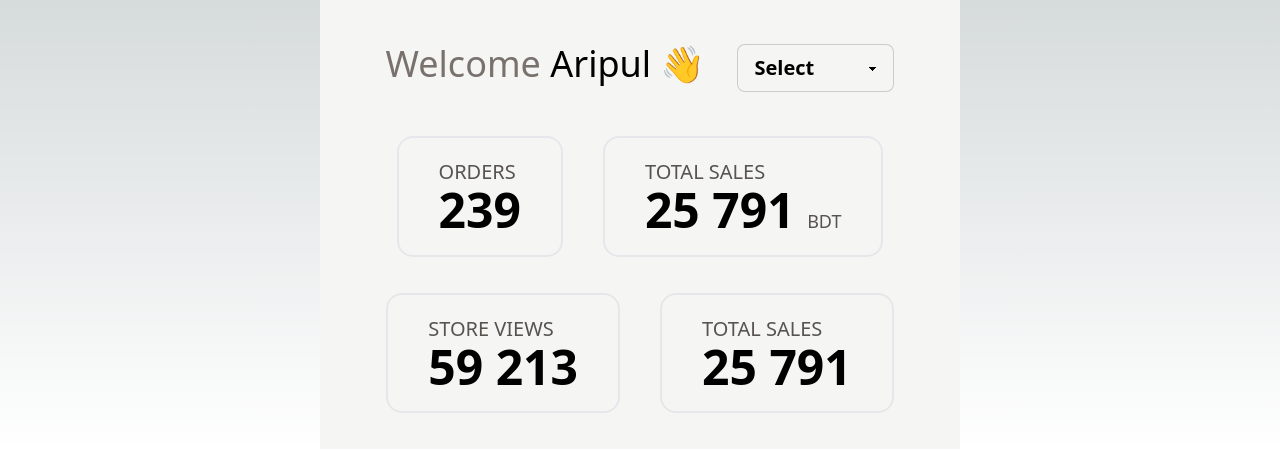
Repository: mehedi9465/nextapp
Page: /Dashboard
The author's editor kept a copy of each file at every save. The page is drawn from the files as they stood at one save, then again after the next save.
The browser window is 1280 px wide. The pictures show the whole page.
The project was rebuilt for these pictures with package versions that can differ from the ones it lists, and the page was loaded fresh each time. The framework's server and built-in components were replaced by stand-ins that run in the browser. Also part of the build but not shown: next.config.js, Components/Navbar.js.

Above is the page before, as saved 2023-03-04 15:51:13.

After the next save:
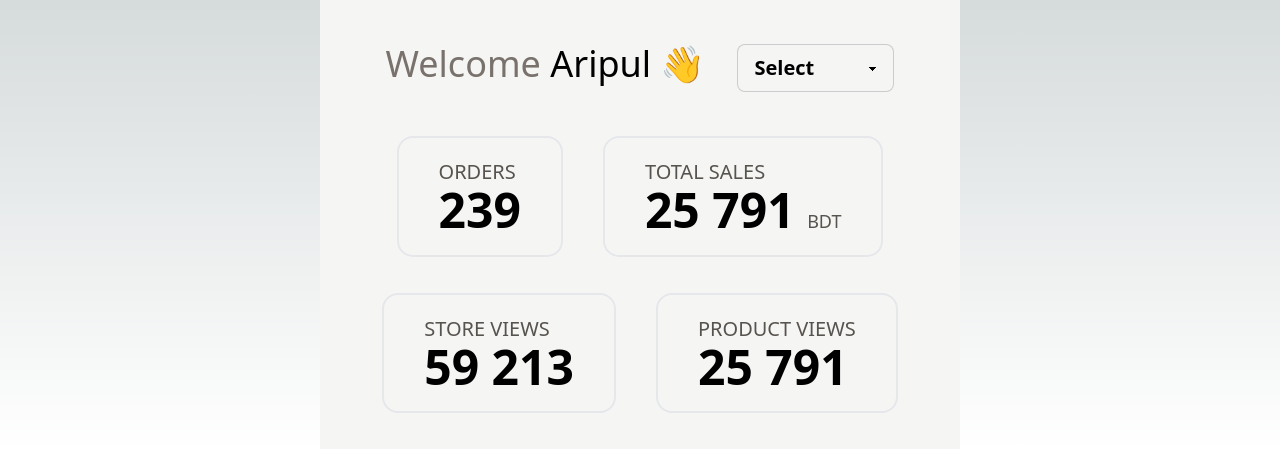
Saved 13 s later.
--- a/pages/Dashboard/index.js
+++ b/pages/Dashboard/index.js
@@ -46,7 +46,7 @@ const index = () => {
           </div>
           <div className="border-2 rounded-2xl justify-start mx-5 px-10 py-5 text-left">
             <p className="uppercase text-stone-600 font-normal text-xl">
-              Total Sales
+              Product views
             </p>
             <p className="text-5xl font-bold">25 791</p>
           </div>
